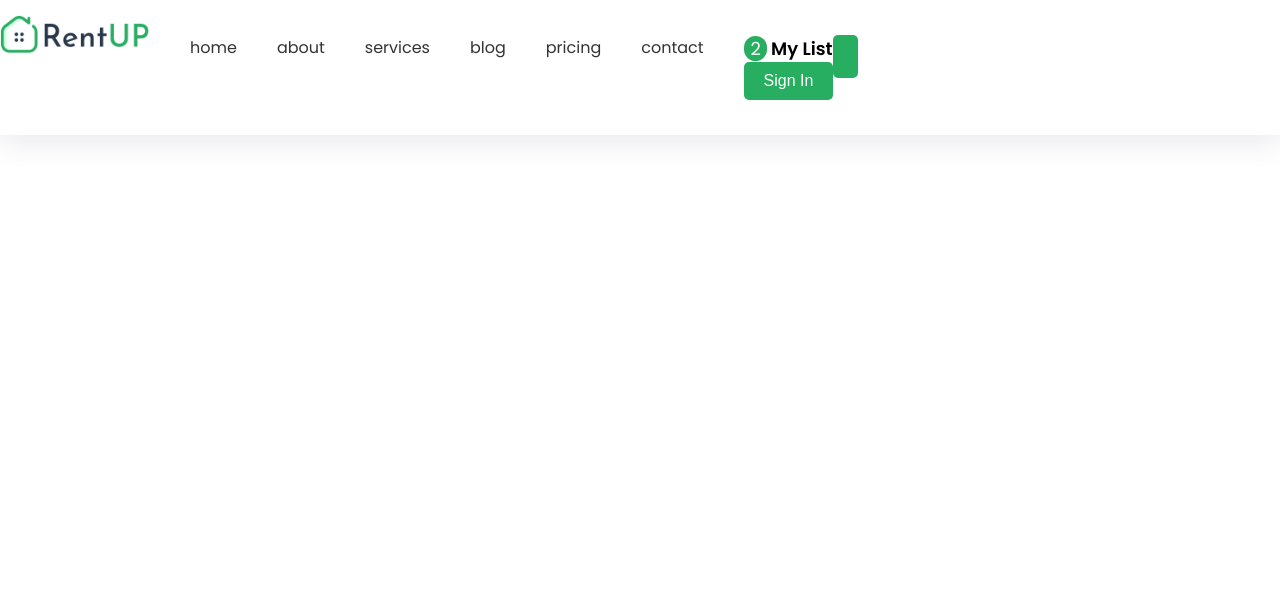
Repository: SahanChathura0730/EstateApp
Page: /
An editor plug-in stored every save of this project. The page is shown before and after the next save, followed by the edit.
The browser window is 1280 px wide. The pictures show the whole page.
The project was rebuilt for these pictures with package versions that can differ from the ones it lists, and the page was loaded fresh each time. Also part of the build but not shown: vite.config.js, src/component/data/Data.jsx, src/index.css.

Above is the page before, as saved 2024-08-25 16:01:38.

### index.html
<!doctype html>
<html lang="en">
  <head>
    <meta charset="UTF-8" />
    <link rel="icon" type="image/svg+xml" href="/vite.svg" />
    <meta name="viewport" content="width=device-width, initial-scale=1.0" />
    <link href="https://fonts.googleapis.com/css2?family=Poppins:wght@200;300;400;500;600;700;800;900&display=swap" rel="stylesheet">

    <title>Vite + React</title>
  </head>
  <body>
    <div id="root"></div>
    <script type="module" src="/src/main.jsx"></script>
  </body>
</html>

### src/App.jsx
import React from 'react';
import './App.css';
import Pages from './Component/Page/Pages';
import Header from './Component/Common/Header';

function App() {
  return (
    <>
      <Pages />
    </>
  );
}

export default App;

### src/App.css
@import url("https://fonts.googleapis.com/css2?family=Poppins:wght@200;300;400;500;600;700;800;900&display=swap");

* {
  padding: 0;
  margin: 0;
  box-sizing: border-box;
}

body {
  font-family: "Poppins", sans-serif;
  background-color: #fff;
}

### src/Component/Page/Pages.jsx
import React from "react"
import Header from "../Common/Header"
import { BrowserRouter as Router, Route, Routes } from "react-router-dom"

const Pages = () => {
  return (
    <>
      <Router>
        <Header />

      </Router>
    </>
  )
}

export default Pages

### src/Component/Common/Header.jsx
import React, { useState } from "react"
import "./header.css"
import { nav } from "../data/Data"
import { Link } from "react-router-dom"

const Header = () => {
  const [navList, setNavList] = useState(false)

  return (
    <>
      <header>
        <div className='container flex'>
          <div className='logo'>
            <img src='./images/logo.png' alt='' />
          </div>
          <div className='nav'>
            <ul className={navList ? "small" : "flex"}>
              {nav.map((list, index) => (
                <li key={index}>
                  <Link to={list.path}>{list.text}</Link>
                </li>
              ))}
            </ul>
          </div>
          <div className='button flex'>
            <h4>
              <span>2</span> My List
            </h4>
            <button className='btn1'>
              <i className='fa fa-sign-out'></i> Sign In
            </button>
          </div>

          <div className='toggle'>
            <button onClick={() => setNavList(!navList)}>{navList ? <i className='fa fa-times'></i> : <i className='fa fa-bars'></i>}</button>
          </div>
        </div>
      </header>
    </>
  )
}

export default Header

### src/Component/Common/Header.css
header {
   background-color: #fff;
   height: auto; /* Adjusted to fit content */
   box-shadow: 0 5px 30px rgb(0 22 84 / 10%);
   padding: 15px 0;
   position: sticky;
   top: 0;
   z-index: 99999;
   display: flex; /* Use flexbox layout */
   flex-direction: raw;
 }

 header .container {
   display: flex;
   flex-direction: raw;

   width: 100%;
 }

 header .logo img {
   width: 150px; /* Adjusted for better fit */
   margin-bottom: 20px; /* Add space below the logo */
 }

 header .nav {
   margin: 10px 20px; /* Adjust spacing as needed */
 }

 header .nav ul {
   display: flex;
   flex-direction: raw;
   list-style: none; /* Remove default list styling */
   padding: 0; /* Remove default padding */
 }

 header .nav ul li {
   margin: 10px 20px; /* Adjust spacing as needed */
 }

 header .nav ul li a {
   text-decoration: none; /* Remove default underline */
   color: #333; /* Default text color */
   font-size: 16px; /* Adjust font size */
   transition: color 0.3s ease; /* Smooth color transition */
 }

 header .nav ul li a:hover {
   color: #27ae60; /* Color on hover */
 }

 header .button {
   margin: 20px 0; /* Add space around button */
   text-align: center; /* Center align text */
   flex-direction: raw;
 }

 header .button h4 {
   margin: 0;
   font-size: 18px; /* Adjust font size */
   font-weight: 600; /* Adjust font weight */
 }

 header .button span {
   background: #27ae60;
   border-radius: 50px;
   color: #fff;
   padding: 0 6px;
   font-weight: 400;
 }

 header .button .btn1 {
   background: #27ae60;
   color: #fff;
   border: none;
   padding: 10px 20px;
   border-radius: 5px;
   cursor: pointer;
   font-size: 16px;
   transition: background-color 0.3s ease;
 }

 header .button .btn1:hover {
   background-color: #219150; /* Darker color on hover */
 }

 header .toggle {
   display: block;
   margin-top: 20px; /* Adjust spacing as needed */
   flex-direction: raw;
 }

 header .toggle button {
   background: #27ae60;
   color: #fff;
   border: none;
   padding: 10px;
   border-radius: 5px;
   cursor: pointer;
   font-size: 20px;
 }

 header .toggle button i {
   margin-right: 5px; /* Space between icon and text */
 }

 @media screen and (max-width: 768px) {
   header {
     padding: 10px 0; /* Adjust padding for smaller screens */
   }

   header .logo img {
     margin-top: 20px; /* Adjust spacing for smaller screens */
   }

   header .button {
     display: none;
   }

   header .nav .flex {
     display: none;
   }

   header .toggle {
     display: block;
     margin-top: 20px;
   }

   header .small {
     position: absolute;
     top: 10vh;
     left: 0;
     width: 100%;
     background-color: #27ae60;
     padding: 20px;
     display: flex;
     flex-direction: column; /* Stack nav items vertically in mobile menu */
     align-items: center; /* Center items horizontally */
   }

   header .small li {
     margin: 15px 0; /* Adjust spacing in mobile menu */
   }

   header li a {
     display: block;
     color: #fff;
     font-size: 18px; /* Adjust font size for mobile */
   }
 }

Loaded but not shown: src/main.jsx (common file)

After the next save:
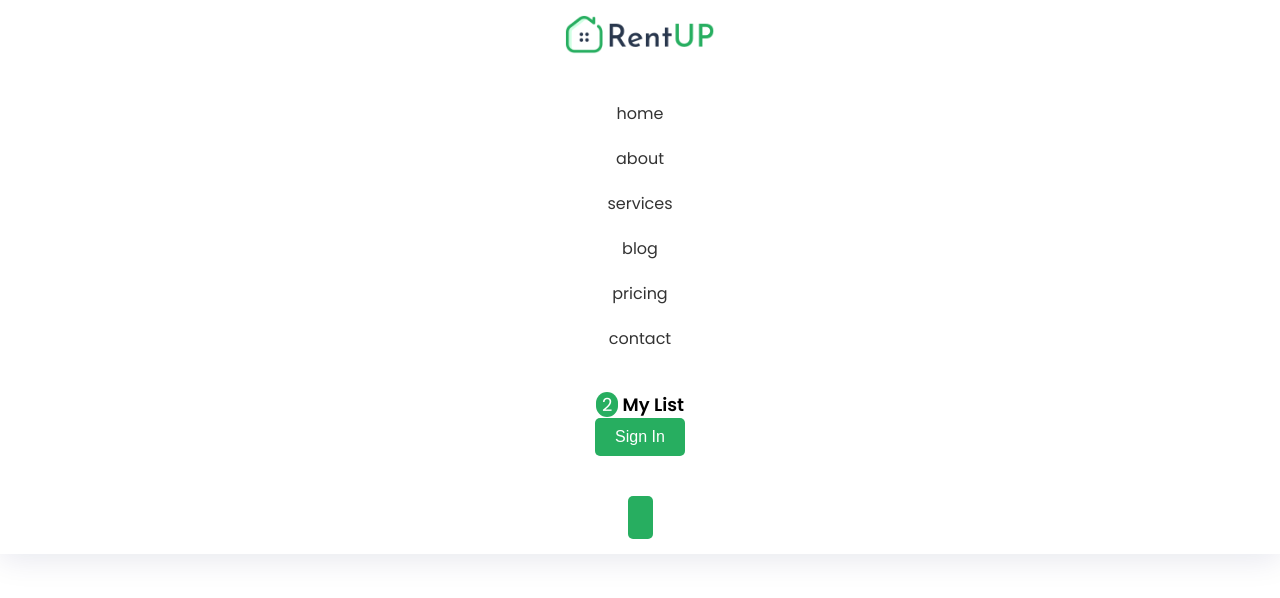
Saved 45 s later.
--- a/src/Component/Common/Header.css
+++ b/src/Component/Common/Header.css
@@ -7,13 +7,14 @@
    top: 0;
    z-index: 99999;
    display: flex; /* Use flexbox layout */
-   flex-direction: raw;
+   flex-direction: column; /* Stack items vertically */
+   align-items: center; /* Center items horizontally */
  }
 
  header .container {
    display: flex;
-   flex-direction: raw;
-
+   flex-direction: column; /* Stack items vertically */
+   align-items: center; /* Center items horizontally */
    width: 100%;
  }
 
@@ -23,18 +24,19 @@
  }
 
  header .nav {
-   margin: 10px 20px; /* Adjust spacing as needed */
+   margin: 10px 0; /* Adjust spacing as needed */
  }
 
  header .nav ul {
    display: flex;
-   flex-direction: raw;
+   flex-direction: column; /* Stack nav items vertically */
+   align-items: center; /* Center nav items horizontally */
    list-style: none; /* Remove default list styling */
    padding: 0; /* Remove default padding */
  }
 
  header .nav ul li {
-   margin: 10px 20px; /* Adjust spacing as needed */
+   margin: 10px 0; /* Adjust spacing as needed */
  }
 
  header .nav ul li a {
@@ -51,7 +53,6 @@
  header .button {
    margin: 20px 0; /* Add space around button */
    text-align: center; /* Center align text */
-   flex-direction: raw;
  }
 
  header .button h4 {
@@ -86,7 +87,6 @@
  header .toggle {
    display: block;
    margin-top: 20px; /* Adjust spacing as needed */
-   flex-direction: raw;
  }
 
  header .toggle button {
